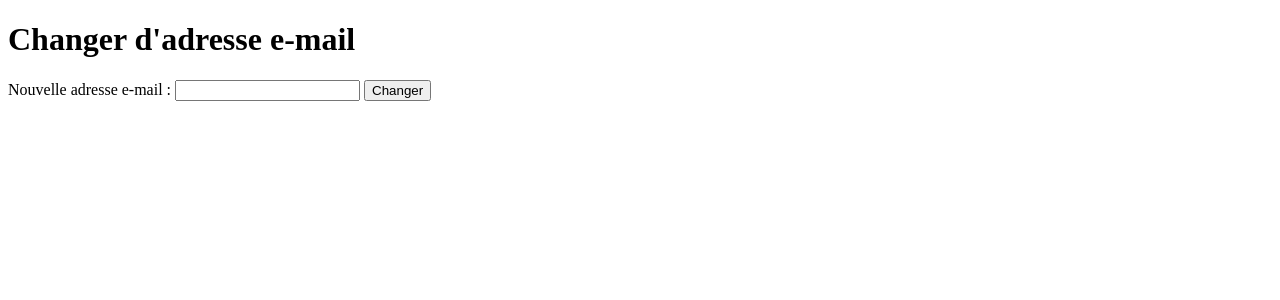
Repository: LeroyM084/Mushroom_Password
Page: ChromeExtension/templates/changeMail.html
These files come from the project's save history. The page is drawn as it stood at one moment and after the next save; the edit follows.
The browser window is 1280 px wide. The pictures show the whole page.

Above is the page before, as saved 2025-02-19 11:57:49.

### ChromeExtension/templates/changeMail.html
<!DOCTYPE html>
<html lang="fr">
	<head>
		<meta charset="UTF-8" />
		<meta name="viewport" content="width=device-width, initial-scale=1.0" />
		<title>Changer d'adresse e-mail</title>
		<link rel="stylesheet" href="../style/changeMail.css" />
		<script defer src="../scripts/changeMail.js"></script>
	</head>
	<body>
		<div class="container">
			<h1>Changer d'adresse e-mail</h1>
			<form id="emailForm">
				<label for="email">Nouvelle adresse e-mail :</label>
				<input type="email" id="email" name="email" required />
				<button type="submit" id="submitButton">Changer</button>
			</form>
		</div>
	</body>
</html>

### ChromeExtension/style/changeMail.css
/* Ajoutez ces styles à votre fichier CSS existant */
#message {
    margin-top: 20px;
    padding: 10px;
    border-radius: 5px;
}

.success {
    background-color: #d4edda;
    color: #155724;
    border: 1px solid #c3e6cb;
}

.error {
    background-color: #f8d7da;
    color: #721c24;
    border: 1px solid #f5c6cb;
}

#message a {
    display: inline-block;
    margin-top: 10px;
    color: inherit;
    text-decoration: underline;
}

### ChromeExtension/scripts/changeMail.js
document.addEventListener("DOMContentLoaded", () => {
	const form = document.querySelector("form");
	const emailInput = document.querySelector('input[type="email"]');
	const messageDiv = document.createElement("div");
	messageDiv.id = "message";
	form.appendChild(messageDiv);

	form.addEventListener("submit", async (e) => {
		e.preventDefault();
		const email = emailInput.value;

		try {
			const response = await fetch("http://localhost:5000/changeMail", {
				method: "POST",
				headers: {
					"Content-Type": "application/json",
				},
				body: JSON.stringify({ email: email }),
			});

			const data = await response.json();

			if (!response.ok) {
				throw new Error(
					data.error || "Erreur lors du changement d'email"
				);
			}

			// Afficher le message de succès
			messageDiv.innerHTML = `
                <div class="success">
                    ${data.message}<br>
                    <a href="index.html">Retour à l'accueil</a>
                </div>
            `;
		} catch (error) {
			console.error("Erreur:", error);
			messageDiv.innerHTML = `
                <div class="error">
                    Une erreur est survenue: ${error.message}<br>
                    <a href="index.html">Retour à l'accueil</a>
                </div>
            `;
		}
	});
});

After the next save:
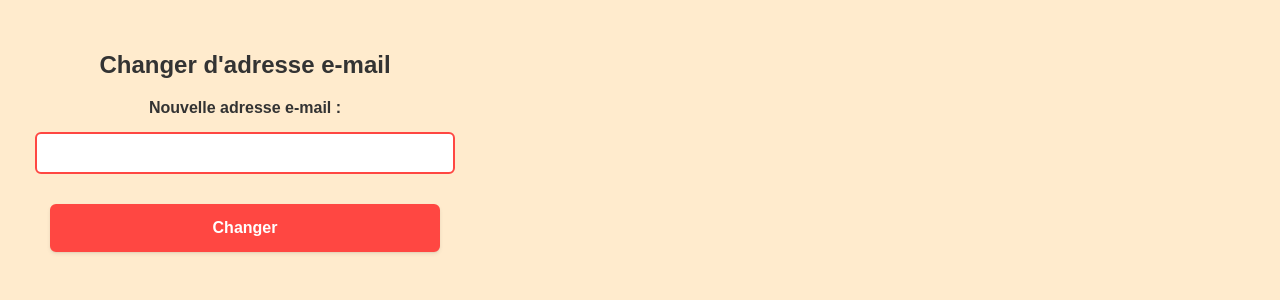
Saved 54 min 4 s later.
--- a/ChromeExtension/style/changeMail.css
+++ b/ChromeExtension/style/changeMail.css
@@ -1,25 +1,113 @@
-/* Ajoutez ces styles à votre fichier CSS existant */
+html {
+    border-radius: 10px;
+}
+
+body {
+    font-family: Arial, sans-serif;
+    color: #333;
+    width: 450px;
+    height: fit-content;
+    background-color: blanchedalmond;
+    min-height: 300px;
+    margin: 0;
+    padding: 15px;
+    display: flex;
+    flex-direction: column;
+    box-sizing: border-box;
+}
+
+.container {
+    width: 100%;
+    padding: 20px;
+    display: flex;
+    flex-direction: column;
+    align-items: center;
+}
+
+h1 {
+    font-size: 24px;
+    font-weight: bold;
+    color: #333;
+    text-align: center;
+    margin-bottom: 20px;
+}
+
+#emailForm {
+    width: 100%;
+    display: flex;
+    flex-direction: column;
+    align-items: center;
+    gap: 15px;
+}
+
+label {
+    font-size: 16px;
+    font-weight: 700;
+    color: #333;
+}
+
+input[type="email"] {
+    width: 100%;
+    padding: 10px;
+    border: 2px solid #ff4742;
+    border-radius: 6px;
+    box-sizing: border-box;
+    font-size: 16px;
+}
+
+button {
+    width: calc(100% - 30px);
+    display: inline-block;
+    outline: 0;
+    cursor: pointer;
+    border-radius: 6px;
+    border: 2px solid #ff4742;
+    color: #fff;
+    background-color: #ff4742;
+    padding: 12px 20px;
+    box-shadow: rgba(0,0,0,0.07) 0px 2px 4px 0px, rgba(0,0,0,0.05) 0px 1px 1.5px 0px;
+    font-weight: 700;
+    font-size: 16px;
+    height: 48px;
+    margin-top: 15px;
+    transition: background-color .3s, color .3s;
+}
+
+button:hover {
+    background-color: #fff;
+    color: #ff4742;
+}
+
+/* Styles pour les messages de succès/erreur */
 #message {
     margin-top: 20px;
-    padding: 10px;
-    border-radius: 5px;
+    padding: 15px;
+    border-radius: 6px;
+    width: 100%;
+    box-sizing: border-box;
+    text-align: center;
 }
 
 .success {
-    background-color: #d4edda;
-    color: #155724;
-    border: 1px solid #c3e6cb;
+    background-color: rgba(40, 167, 69, 0.1);
+    border: 2px solid #28a745;
+    color: #28a745;
 }
 
 .error {
-    background-color: #f8d7da;
-    color: #721c24;
-    border: 1px solid #f5c6cb;
+    background-color: rgba(255, 71, 66, 0.1);
+    border: 2px solid #ff4742;
+    color: #ff4742;
 }
 
 #message a {
     display: inline-block;
     margin-top: 10px;
     color: inherit;
+    text-decoration: none;
+    font-weight: 700;
+}
+
+#message a:hover {
     text-decoration: underline;
 }
